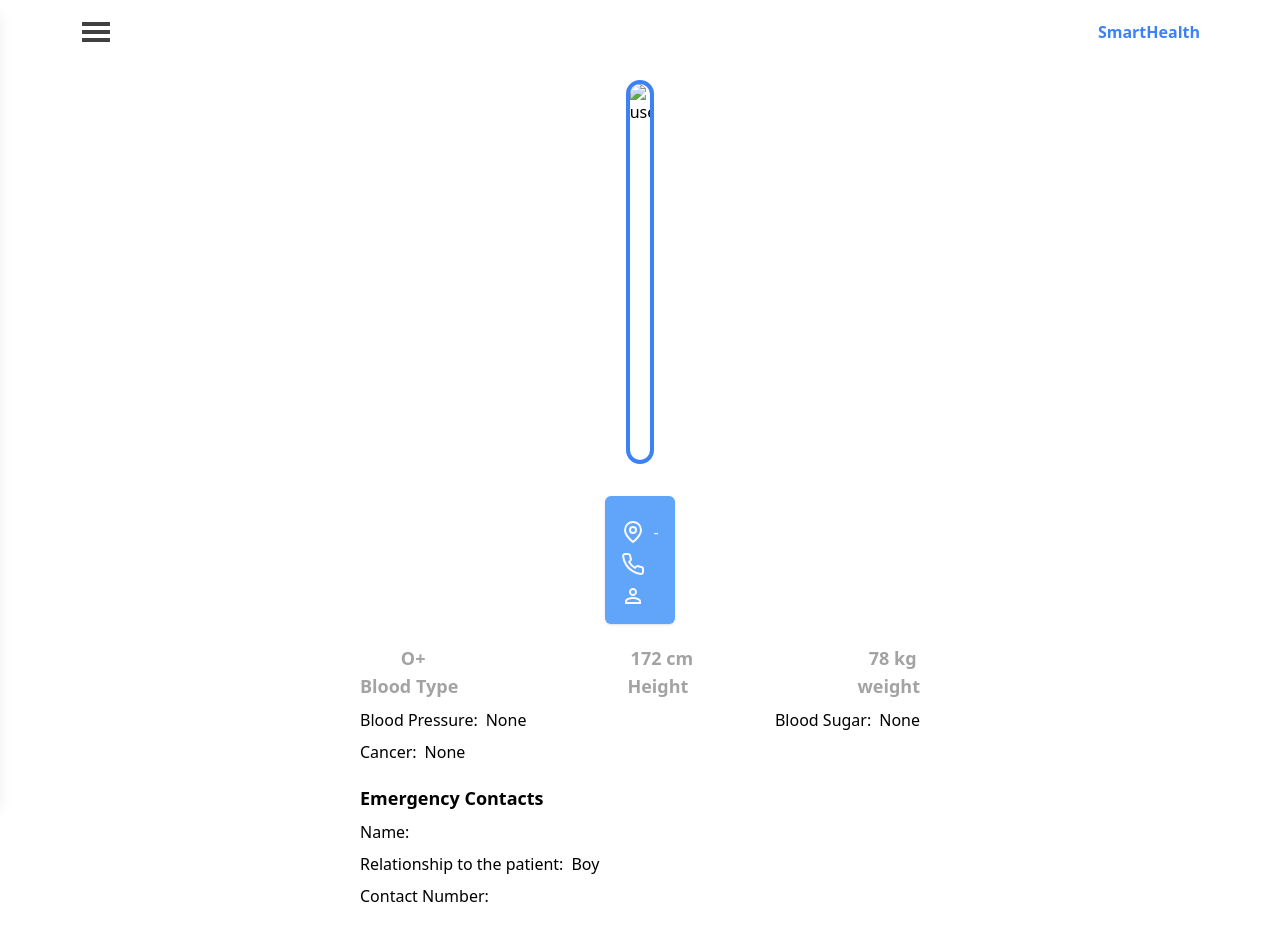
Repository: Sanaa00/HI-user
Page: /home
The author's editor kept a copy of each file at every save. The page is drawn from the files as they stood at one save, then again after the next save.
The browser window is 1280 px wide. The pictures show the whole page.
The page's requests for data from a server got no answer. The project was rebuilt for these pictures with package versions that can differ from the ones it lists, and the page was loaded fresh each time. No one was signed in, and anything a server would have sent is missing. Also part of the build but not shown: vite.config.js, src/App.css, src/Components/Pagination.jsx, src/Pages/Prescription.jsx, src/Components/modalComponent.jsx, src/Pages/Laboratory.jsx, src/Pages/Radiographic.jsx, src/Components/InputField.jsx and 2 more.

Above is the page before, as saved 2024-01-12 21:06:32.

### src/main.jsx
import React from 'react';
import ReactDOM from 'react-dom/client';
import App from './App.jsx';
import './index.css';
import Modal from 'react-modal';
import { BrowserRouter } from 'react-router-dom';
Modal.setAppElement('#root');
ReactDOM.createRoot(document.getElementById('root')).render(
  <React.StrictMode>
    <BrowserRouter>
      {/* <Provider store={store}> */}
      <App />
      {/* </Provider>{' '} */}
    </BrowserRouter>
  </React.StrictMode>,
);

### src/App.jsx
import { Route, Routes } from 'react-router-dom';
import './App.css';
import Home from './Pages/Home';
// import Test from './Pages/Test';
import Navbar from './Components/Navbar';
import Prescription from './Pages/Prescription';
import Laboratory from './Pages/Laboratory';
import Radiographic from './Pages/Radiographic';
import ModalComponent from './Components/modalComponent';
import Login from './Pages/Login';
import SignUp from './Pages/SignUp';

function App() {
  return (
    <>
      <Navbar />
      <Routes>
        <Route path="/home" element={<Home />} />
        <Route path="/laboratory" element={<Laboratory />}>
          <Route path=":id" element={<ModalComponent />} />
        </Route>
        <Route path="/Radiographic" element={<Radiographic />} />
        <Route path="/Prescription" element={<Prescription />} />
        <Route path="/" element={<Login />} />
        <Route path="/signup" element={<SignUp />} />
        {/* <Route path="products" element={<Products />} />
          <Route path="setting" element={<Setting />} />
          <Route path="hide" element={<HideProducts />} /> */}
        {/* </Route> */}
      </Routes>
    </>
  );
}

export default App;

### src/Pages/Home.jsx
import { useEffect, useState } from 'react';
import { supabase } from '../supabaseClient';
import { FaLocationDot, FaPhone } from 'react-icons/fa6';
import { LuPhone } from 'react-icons/lu';
import { MdPermIdentity } from 'react-icons/md';
import { CiPhone } from 'react-icons/ci';
import { GrLocation } from 'react-icons/gr';
function Home() {
  const [data, setData] = useState([]);

  useEffect(() => {
    const fetchData = async () => {
      const { data, error } = await supabase
        .from('personInformation')
        .select('*')
        .eq('id', 34567890)
        .single();
      console.log('first', data);
      if (error) console.log('Error', error);
      else setData(data);
    };

    fetchData();
  }, []);
  return (
    <div className="mt-16 min-h-screen p-4 sm:px-10 md:px-20  flex flex-col lg:items-center">
      <div className="flex justify-center items-center">
        {console.log(data)}{' '}
        <img
          className="object-cover rounded-full w-72 border-4 border-blue-500 h-72 lg:w-1/2 lg:h-96 "
          src={data.userImage}
          alt="user"
        />
      </div>
      {/* <div className="mt-5 text-center font-bold text-lg lg:w-1/2">
        Personal Information
      </div> */}
      <div className="mt-3 lg:w-1/2 flex justify-center items-center">
        {/* <span>Name:</span> */}
        <span className="ml-2 font-semibold">{data.fullName}</span>
      </div>{' '}
      {/* <div className="mt-2 flex justify-between items-center lg:w-1/2"> */}
      {/* <span>
          {' '}
          <span>DOB:</span>
          <span className="ml-2">{data.dateOfBirth}</span>
        </span>{' '}
        <span>
          {' '}
          <span>Gender:</span>
          <span className="ml-2">{data.gender}</span>
        </span> */}
      {/* </div>{' '} */}
      <div className="mt-5 bg-blue-400 text-neutral-50 rounded-md p-4 shadow ">
        {' '}
        <div className="mt-2 flex justify-between items-center lg:w-1/2">
          <span className="flex items-center flex-row">
            {' '}
            <span>
              <GrLocation className="w-6 h-6" />
            </span>
            <span className="ml-2">
              {data.city}-{data.address}
            </span>
          </span>
        </div>
        {/* ****************** */}
        <div className="mt-2 flex justify-between items-center lg:w-1/2">
          <span className="flex items-center">
            {' '}
            <span>
              <LuPhone className="w-6 h-6" />
            </span>
            <span className="ml-2">{data.contactNumber}</span>
          </span>{' '}
        </div>{' '}
        <div className="mt-2 flex justify-between items-center lg:w-1/2">
          <span className="flex items-center">
            {' '}
            <span>
              <MdPermIdentity className="w-6 h-6" />
            </span>
            <span className="ml-2">{data.id}</span>
          </span>{' '}
        </div>
      </div>
      {/* **********vital information*********** */}
      <div className="mt-5 flex justify-between text-neutral-400 font-bold text-lg lg:w-1/2">
        {' '}
        {/* <div className="mt-2 flex justify-between items-center lg:w-1/2"> */}
        <div className="flex flex-col items-center">
          {' '}
          <span className="ml-2">O+</span>
          <span>Blood Type</span>
        </div>{' '}
        {/* </div>{' '} */}
        {/* <div className="mt-2 flex justify-between items-center lg:w-1/2"> */}
        <div className="flex flex-col items-center">
          {' '}
          <span className="ml-2">172 cm</span> <span>Height</span>
        </div>{' '}
        <div className="flex flex-col items-center">
          {' '}
          <span className="ml-2">78 kg</span>
          <span>weight</span>
        </div>{' '}
      </div>{' '}
      {/* </div> */}
      {/* <div className="mt-2 flex justify-between items-center lg:w-1/2">
        <span>
          {' '}
          <span>Blood Type:</span>
          <span className="ml-2">O+</span>
        </span>{' '}
      </div>{' '}
      <div className="mt-2 flex justify-between items-center lg:w-1/2">
        <span>
          {' '}
          <span>Height:</span>
          <span className="ml-2">172 cm</span>
        </span>{' '}
        <span>
          {' '}
          <span>weight:</span>
          <span className="ml-2">78 kg</span>
        </span>{' '}
      </div>{' '} */}
      <div className="mt-2 flex justify-between items-center lg:w-1/2">
        <span>
          {' '}
          <span>Blood Pressure:</span>
          <span className="ml-2">None</span>
        </span>{' '}
        <span>
          {' '}
          <span>Blood Sugar:</span>
          <span className="ml-2">None</span>
        </span>{' '}
      </div>{' '}
      <div className="mt-2 flex justify-between items-center lg:w-1/2">
        <span>
          {' '}
          <span>Cancer:</span>
          <span className="ml-2">None</span>
        </span>{' '}
      </div>{' '}
      {/* ***************Emergency Contacts********** */}
      <div className="mt-5 font-bold text-lg lg:w-1/2">Emergency Contacts</div>
      <div className="mt-2 flex justify-between items-center lg:w-1/2">
        <span>
          {' '}
          <span>Name:</span>
          <span className="ml-2">{data.emergencyContactName}</span>
        </span>{' '}
      </div>{' '}
      <div className="mt-2 flex justify-between items-center lg:w-1/2">
        <span>
          {' '}
          <span>Relationship to the patient:</span>
          <span className="ml-2">Boy</span>
        </span>{' '}
      </div>{' '}
      <div className="mt-2 mb-5 flex justify-between items-center lg:w-1/2">
        <span>
          {' '}
          <span>Contact Number:</span>
          <span className="ml-2">{data.emergencyContactNumber}</span>
        </span>{' '}
      </div>
    </div>
  );
}

export default Home;

### src/Components/Navbar.jsx
import { useState } from 'react';
import { Link, NavLink } from 'react-router-dom';
import { GiHamburgerMenu } from 'react-icons/gi';
import { IoCloseSharp } from 'react-icons/io5';
function Navbar() {
  const [open, setOpen] = useState(false);
  return (
    <div className="flex text-neutral-700 top-0 z-50 fixed px-4 sm:px-10 md:px-20 justify-between items-center bg-white h-16 w-full">
      <div
        className={` flex justify-between hover:bg-opacity-80 duration-500 hover:duration-500 items-center w-full h-full text-lg font-bold`}
      >
        <button onClick={() => setOpen(!open)} className="">
          <GiHamburgerMenu className="w-8 h-8" />
        </button>{' '}
        <div
          className={` bg-white rounded-sm  flex flex-col fixed w-4/5 lg:w-96 top-0 z-40 left-0 shadow-lg transform duration-500 ease-in-out ${
            open ? 'translate-x-0' : '-translate-x-full'
          }`}
        >
          <button
            onClick={() => setOpen(!open)}
            className="mt-3 mb-2 left-0 px-3 flex h-16"
          >
            <IoCloseSharp className="w-9 h-9" />
          </button>

          <div className="w-full h-screen flex flex-col text-orange p-4">
            <Link to="/home" onClick={() => setOpen(!open)} className="pb-3">
              Person Information
            </Link>
            <Link
              to="/Radiographic"
              onClick={() => setOpen(!open)}
              className="py-3"
            >
              Radiographic examination
            </Link>
            <Link
              to="/laboratory"
              onClick={() => setOpen(!open)}
              className="py-3"
            >
              Laboratory examination
            </Link>
            <Link
              to="/Prescription"
              onClick={() => setOpen(!open)}
              className="py-3"
            >
              Prescription
            </Link>
          </div>
        </div>
      </div>
      <NavLink to="/home" className="ml-2 font-bold text-blue-500">
        SmartHealth
      </NavLink>
    </div>
  );
}

export default Navbar;

### src/supabaseClient.js
import { createClient } from '@supabase/supabase-js';

const supabaseUrl =
    import.meta.env.VITE_REACT_APP_SUPABASE_URL;
const supabaseAnonKey =
    import.meta.env.VITE_REACT_APP_SUPABASE_ANON_KEY;

export const supabase = createClient(supabaseUrl, supabaseAnonKey);

Loaded but not shown: index.html (common file); src/index.css (common file); tailwind.config.js (common file)

After the next save:
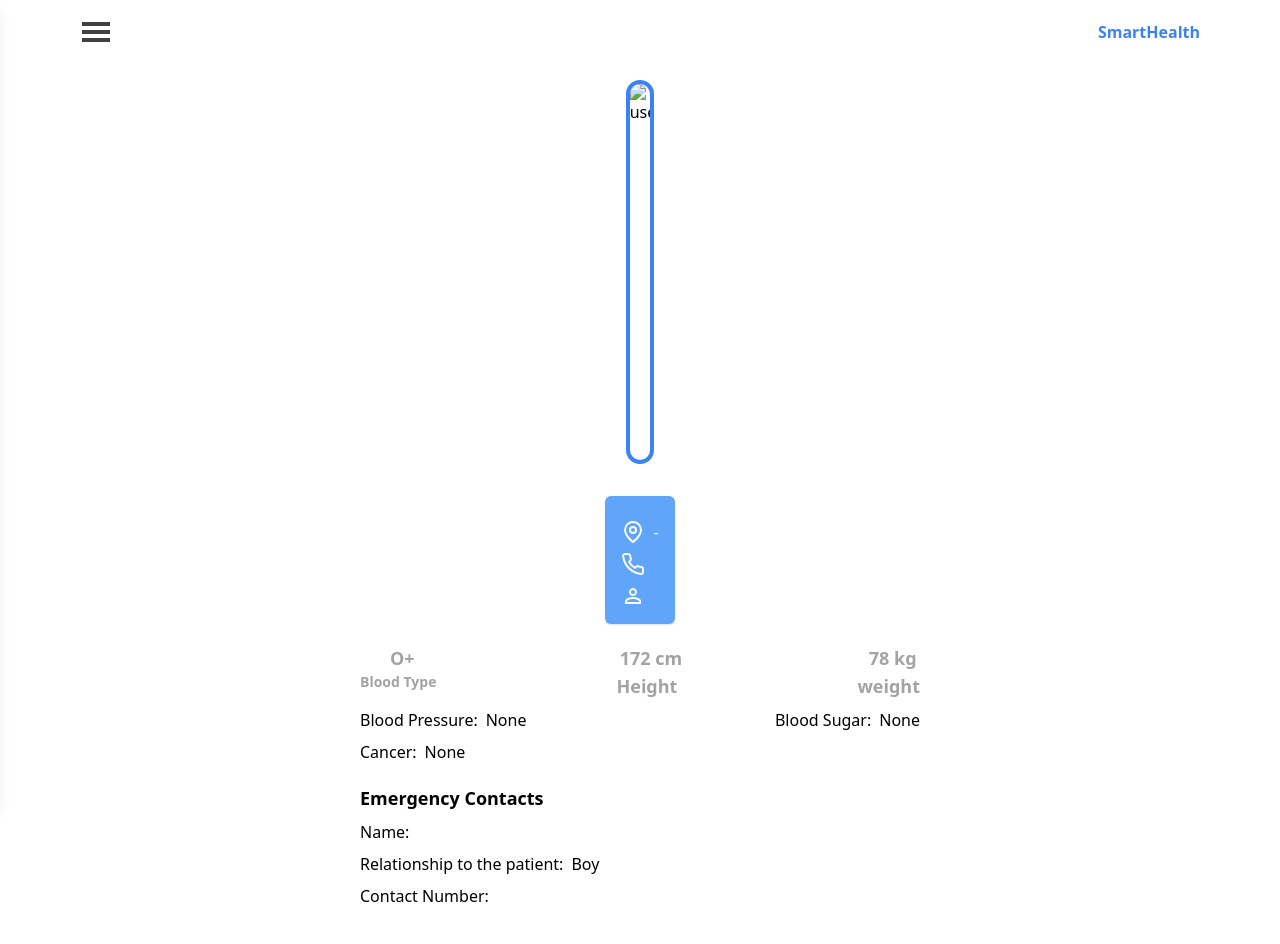
Saved 34 s later.
--- a/src/Pages/Home.jsx
+++ b/src/Pages/Home.jsx
@@ -91,7 +91,7 @@ function Home() {
         <div className="flex flex-col items-center">
           {' '}
           <span className="ml-2">O+</span>
-          <span>Blood Type</span>
+          <span className="text-sm">Blood Type</span>
         </div>{' '}
         {/* </div>{' '} */}
         {/* <div className="mt-2 flex justify-between items-center lg:w-1/2"> */}
